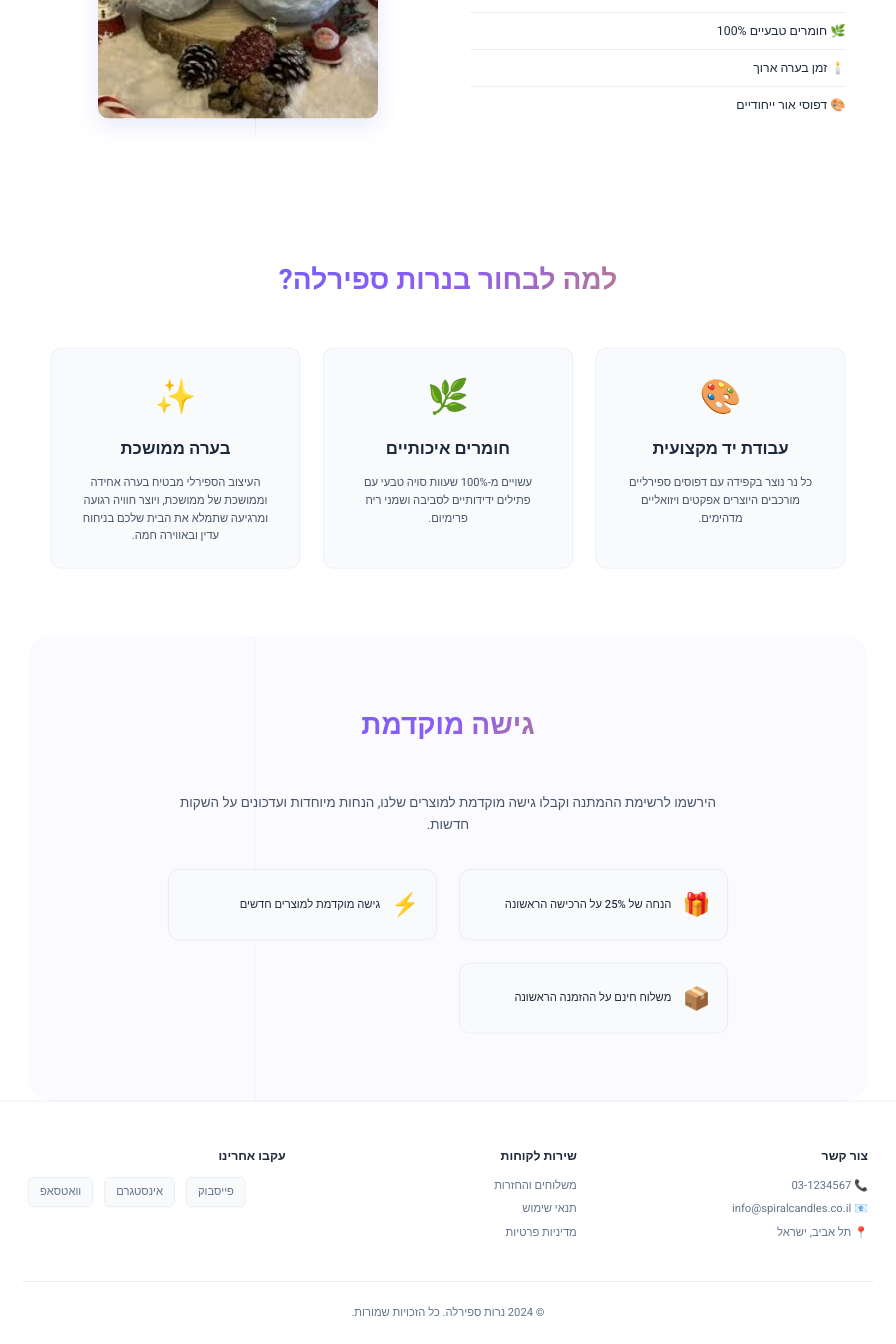
Repository: AvitaRoi/spiralcandles
Page: index.html
An editor plug-in stored every save of this project. The page is shown before and after the next save, followed by the edit.
The browser window is 1280 px wide. The pictures show the part of the page from y = 1239 to 3159 px (the page is 3159 px tall before and 3134 px after), at 70% of full size.

Above is the page before, as saved 2025-09-21 21:33:40.

After the next save:
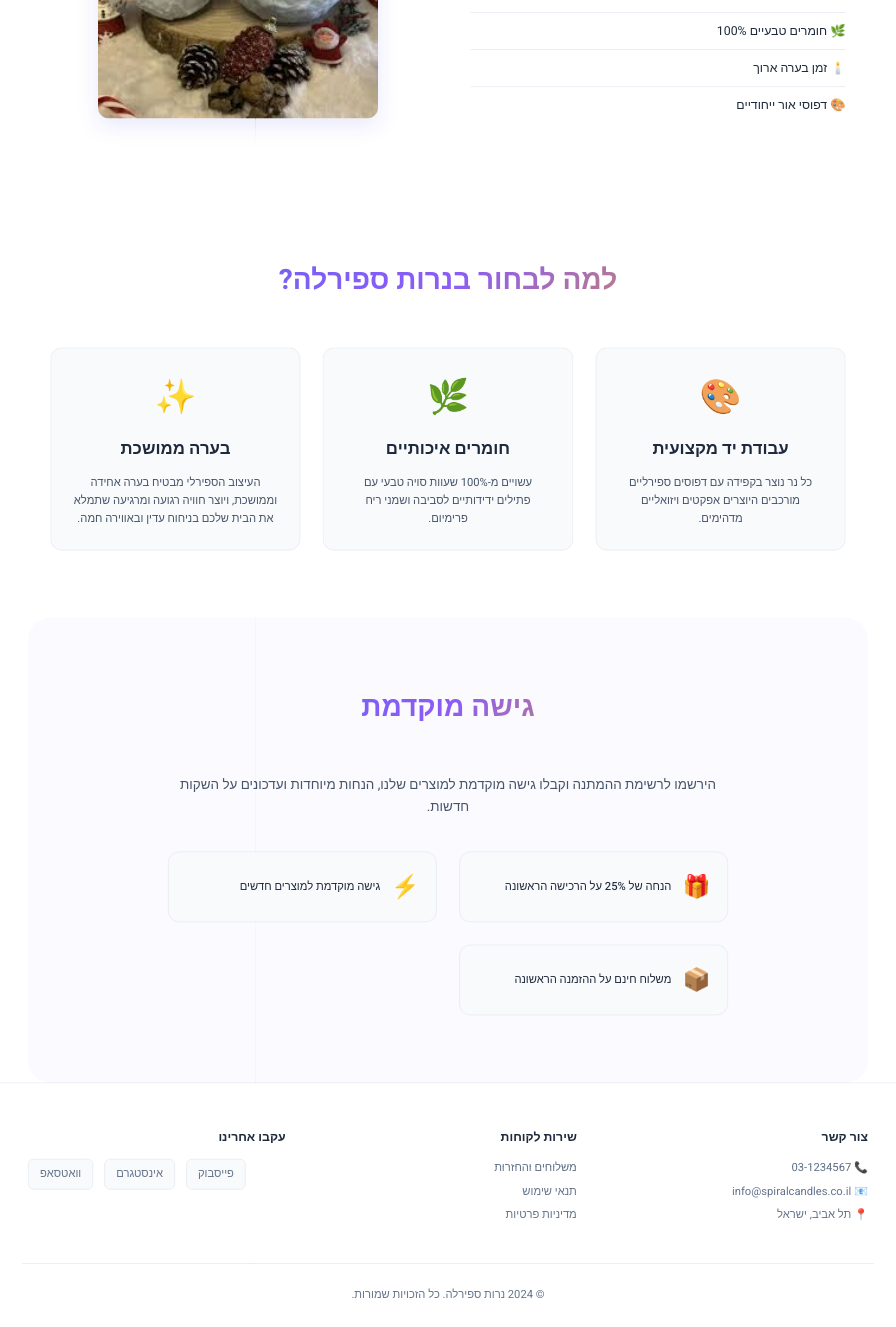
Saved 46 min 52 s later.
--- a/index.html
+++ b/index.html
@@ -129,7 +129,7 @@
                 <div class="feature-card">
                     <div class="feature-icon">✨</div>
                     <h3>בערה ממושכת</h3>
-                    <p>העיצוב הספירלי מבטיח בערה אחידה וממושכת של ממושכת, ויוצר חוויה רגועה ומרגיעה שתמלא את הבית שלכם בניחוח עדין ובאווירה חמה.</p>
+                    <p>העיצוב הספירלי מבטיח בערה אחידה וממושכת, ויוצר חוויה רגועה ומרגיעה שתמלא את הבית שלכם בניחוח עדין ובאווירה חמה.</p>
                 </div>
             </div>
         </section>
